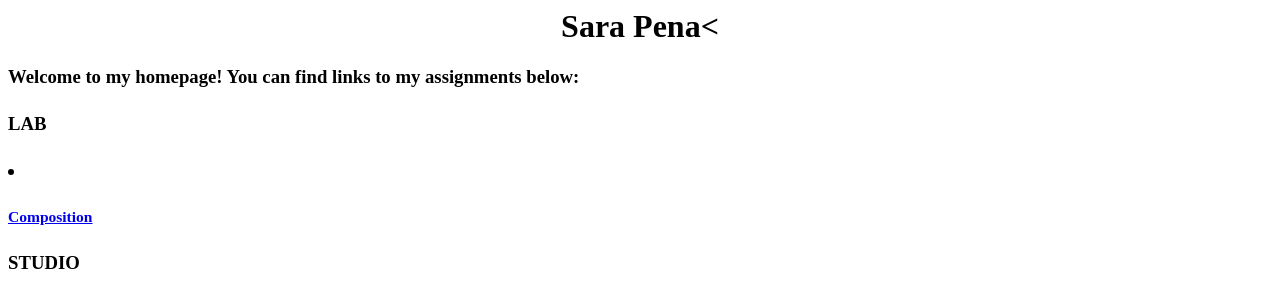
Repository: penas326/penas326.github.io
Page: index.html
The author's editor kept a record of every edit. The page is drawn from the files as they stood at one moment, then again after the next edit.
The browser window is 1280 px wide. The pictures show the whole page.

Above is the page before.

After the next edit:
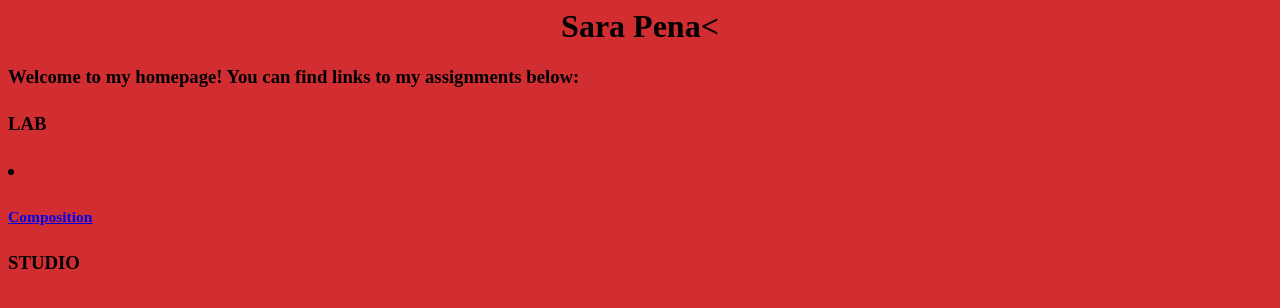
The edit:
--- a/index.html
+++ b/index.html
@@ -1,4 +1,5 @@
 <html>
+    <body bgcolor="d2d2d33">
 
     <head>
         <title>Hello World</title>
